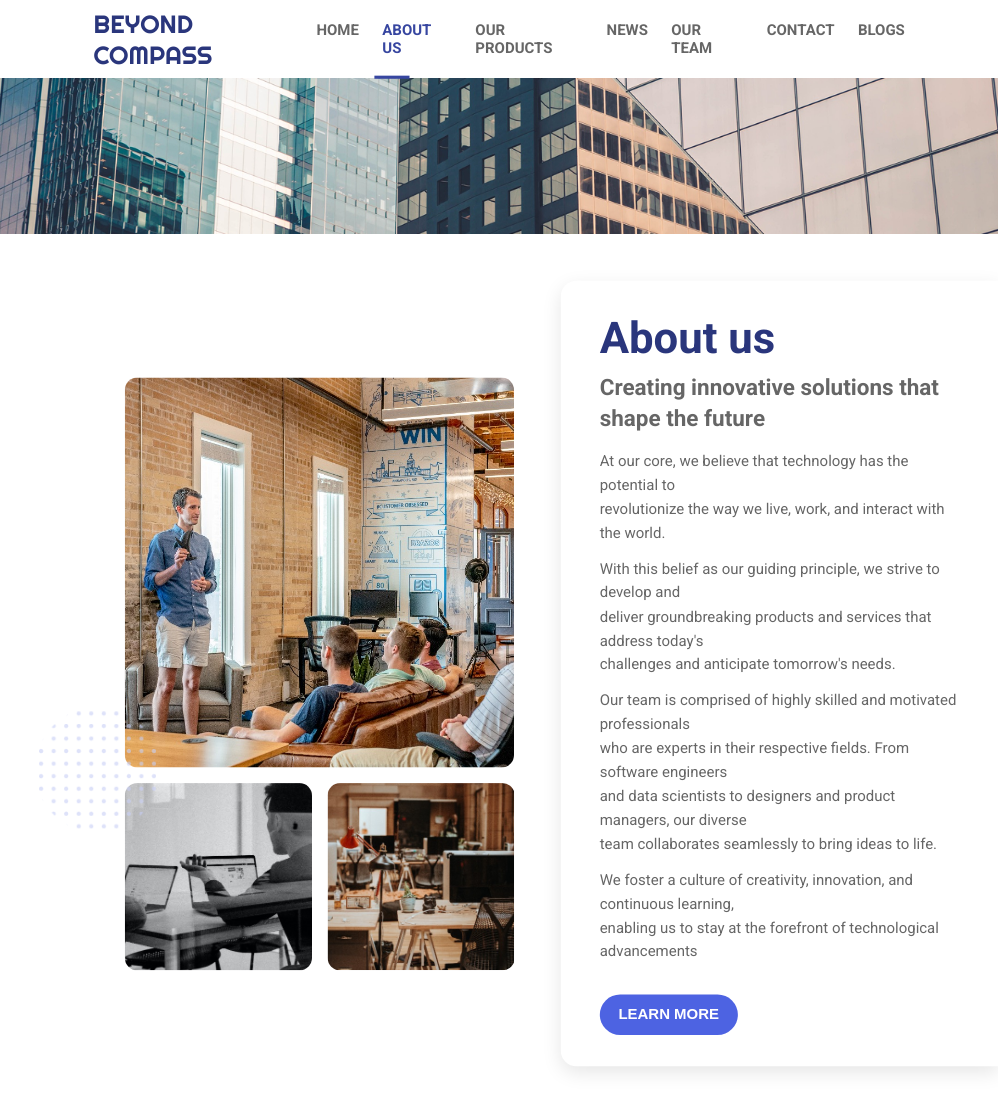
Repository: trunghau06/baitapRn
Page: pages/about.html
These files come from the project's save history. The page is drawn as it stood at one moment and after a run of saves; the edit follows.
The browser window is 1280 px wide. The pictures show the whole page, at 78% of full size.

Above is the page before, as saved 2025-10-09 22:26:53.

After the next 4 saves:
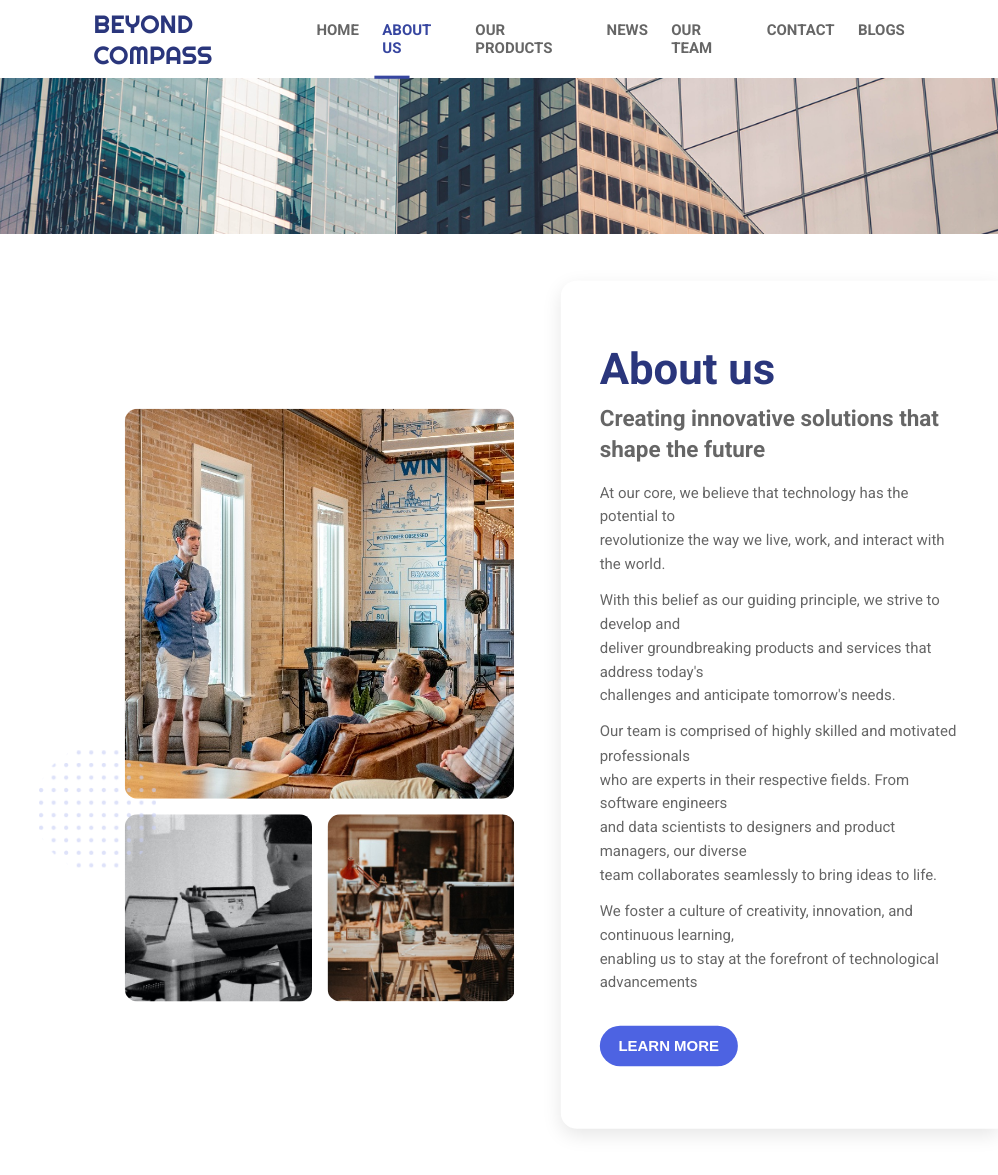
The 4 saves are shown as one change because they came seconds apart.
The last was saved 31 s later.
--- a/style/about.css
+++ b/style/about.css
@@ -151,7 +151,7 @@ nav ul li a.active::after {
     background: #FFFFFF;
     box-shadow: 0 8px 24px rgba(0, 0, 0, 0.1);
     border-radius: 20px 0 0 20px;
-    padding: 40px 50px;
+    padding: 80px 50px;
     display: flex;
     flex-direction: column;
     justify-content: center;
